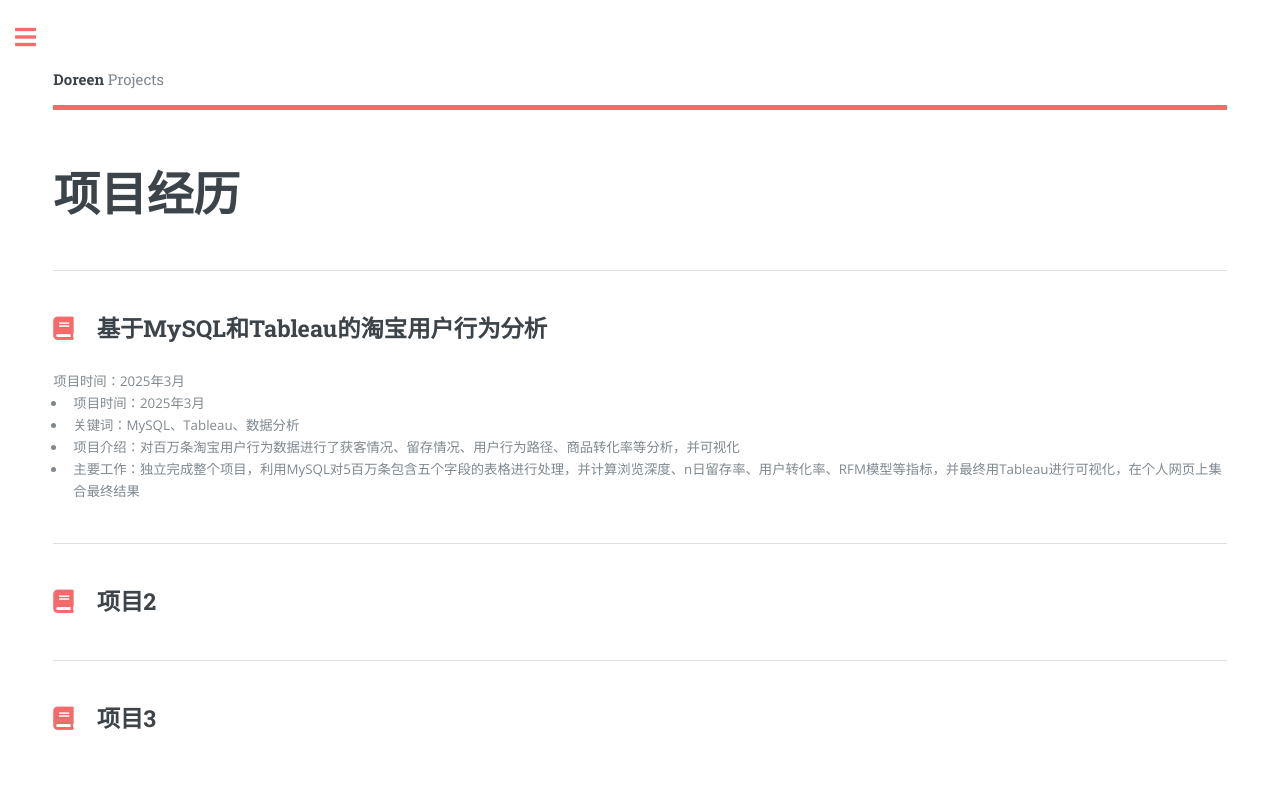
Repository: Hpz3859/Hpz3859.github.io
Page: projects.html
The author's editor kept a copy of each file at every save. The page is drawn from the files as they stood at one save, then again after the next save.
The browser window is 1280 px wide. The pictures show the whole page.

Above is the page before, as saved 2025-03-31 20:59:17.

### projects.html
<!DOCTYPE HTML>
<!--
	Editorial by HTML5 UP
	html5up.net | @ajlkn
	Free for personal and commercial use under the CCA 3.0 license (html5up.net/license)
-->
<html>
	<head>
		<title>Doreen MySQL note</title>
		<meta charset="utf-8" />
		<meta name="viewport" content="width=device-width, initial-scale=1, user-scalable=no" />
		<link rel="stylesheet" href="assets/css/main.css" />
	</head>
	<body class="is-preload">

		<!-- Wrapper -->
			<div id="wrapper">

				<!-- Main -->
					<div id="main">
						<div class="inner">

							<!-- Header -->
								<header id="header">
									<a href="projects.html" class="logo"><strong>Doreen</strong> Projects</a>
									<!--
									<ul class="icons">
										<li><a href="#" class="icon brands fa-twitter"><span class="label">Twitter</span></a></li>
										<li><a href="#" class="icon brands fa-facebook-f"><span class="label">Facebook</span></a></li>
										<li><a href="#" class="icon brands fa-snapchat-ghost"><span class="label">Snapchat</span></a></li>
										<li><a href="#" class="icon brands fa-instagram"><span class="label">Instagram</span></a></li>
										<li><a href="#" class="icon brands fa-medium-m"><span class="label">Medium</span></a></li>
									</ul>
									-->
								</header>

							<!-- Content -->
							<section>
								<header class="main">
									<h1>项目经历</h1>
								</header>
									<!-- Content -->
									<hr class="major" />

									<div class="content">
										<h2>
											<span class="icon solid fa-book" style="color: #f56a6a;"></span>
											&nbsp;&nbsp;
											<a href="#" class="logo">基于MySQL和Tableau的淘宝用户行为分析</a>
										</h2>
										项目时间：2025年3月
										<ul>
											<li>项目时间：2025年3月</li>
											<li>关键词：MySQL、Tableau、数据分析</li>
											<li>项目介绍：对百万条淘宝用户行为数据进行了获客情况、留存情况、用户行为路径、商品转化率等分析，并可视化</li>
											<li>主要工作：独立完成整个项目，利用MySQL对5百万条包含五个字段的表格进行处理，并计算浏览深度、n日留存率、用户转化率、RFM模型等指标，并最终用Tableau进行可视化，在个人网页上集合最终结果</li>
										</ul>

										<div class='tableauPlaceholder' id='viz1743403952021' style='position: relative'><noscript><a href='#'><img alt='淘宝用户行为分析 ' src='https:&#47;&#47;public.tableau.com&#47;static&#47;images&#47;8R&#47;8R4YM3R4Z&#47;1_rss.png' style='border: none' /></a></noscript><object class='tableauViz'  style='display:none;'><param name='host_url' value='https%3A%2F%2Fpublic.tableau.com%2F' /> <param name='embed_code_version' value='3' /> <param name='path' value='shared&#47;8R4YM3R4Z' /> <param name='toolbar' value='yes' /><param name='static_image' value='https:&#47;&#47;public.tableau.com&#47;static&#47;images&#47;8R&#47;8R4YM3R4Z&#47;1.png' /> <param name='animate_transition' value='yes' /><param name='display_static_image' value='yes' /><param name='display_spinner' value='yes' /><param name='display_overlay' value='yes' /><param name='display_count' value='yes' /><param name='language' value='zh-CN' /></object></div>                <script type='text/javascript'>                    var divElement = document.getElementById('viz1743403952021');                    var vizElement = divElement.getElementsByTagName('object')[0];                    if ( divElement.offsetWidth > 800 ) { vizElement.style.width='800px';vizElement.style.height='827px';} else if ( divElement.offsetWidth > 500 ) { vizElement.style.width='800px';vizElement.style.height='827px';} else { vizElement.style.width='100%';vizElement.style.height='3127px';}                     var scriptElement = document.createElement('script');                    scriptElement.src = 'https://public.tableau.com/javascripts/api/viz_v1.js';                    vizElement.parentNode.insertBefore(scriptElement, vizElement);                </script>
									</div>


									<hr class="major" />

									<div class="content">
										<h2>
											<span class="icon solid fa-book" style="color: #f56a6a;"></span>
											&nbsp;&nbsp;
											<a href="#" class="logo">项目2</a>
										</h2>
									</div>

									<hr class="major" />

									<div class="content">
										<h2>
											<span class="icon solid fa-book" style="color: #f56a6a;"></span>
											&nbsp;&nbsp;
											<a href="#" class="logo">项目3</a>
										</h2>
									</div>


							</section>

						</div>
					</div>

				<!-- Sidebar -->
					<div id="sidebar">
						<div class="inner">

							<!-- Search -->
								<section id="search" class="alt">
									<form method="post" action="#">
										<input type="text" name="query" id="query" placeholder="Search" />
									</form>
								</section>

							<!-- Menu -->
								<nav id="menu">
									<header class="major">
										<h2>目录</h2>
									</header>
									<ul>
										<li><a href="./index.html">主页</a></li>
										<li>
											<span class="opener">文章</span>
											<ul>
												<li><a href="experience.html">过往经历</a></li>
												<li><a href="#">数据挖掘</a></li>
												<li><a href="#">量化与投资</a></li>
												<li><a href="moments.html">随笔</a></li>
											</ul>
										</li>
										<li>
											<span class="opener">视频</span>
											<ul>
												<li><a href="#">待更新</a></li>
												<li><a href="#">待更新</a></li>
											</ul>
										</li>

									</ul>
								</nav>



							<!-- Footer -->
							 <!--
								<footer id="footer">
									<p class="copyright">&copy; Untitled. All rights reserved. Demo Images: <a href="https://unsplash.com">Unsplash</a>. Design: <a href="https://html5up.net">HTML5 UP</a>.</p>
								</footer>
							-->

						</div>
					</div>

			</div>

		<!-- Scripts -->
			<script src="assets/js/jquery.min.js"></script>
			<script src="assets/js/browser.min.js"></script>
			<script src="assets/js/breakpoints.min.js"></script>
			<script src="assets/js/util.js"></script>
			<script src="assets/js/main.js"></script>

	</body>
</html>

Loaded but not shown: assets/js/jquery.min.js (library); assets/js/browser.min.js (common file); assets/js/breakpoints.min.js (common file); assets/css/fontawesome-all.min.css (library); assets/js/util.js (587 lines, source omitted); assets/js/main.js (262 lines, source omitted); assets/css/main.css (2283 lines, source omitted)

After the next save:
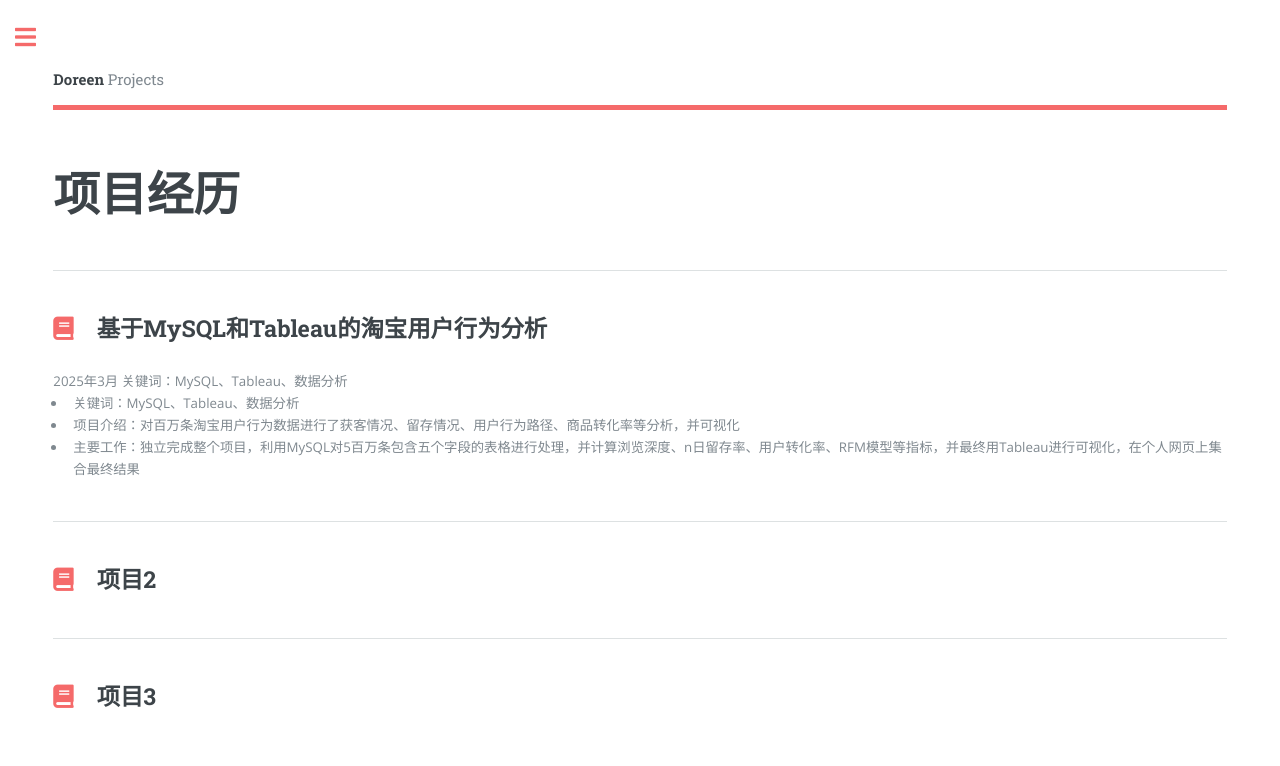
Saved 24 s later.
--- a/projects.html
+++ b/projects.html
@@ -48,9 +48,9 @@
 											&nbsp;&nbsp;
 											<a href="#" class="logo">基于MySQL和Tableau的淘宝用户行为分析</a>
 										</h2>
-										项目时间：2025年3月
+										2025年3月
+										关键词：MySQL、Tableau、数据分析
 										<ul>
-											<li>项目时间：2025年3月</li>
 											<li>关键词：MySQL、Tableau、数据分析</li>
 											<li>项目介绍：对百万条淘宝用户行为数据进行了获客情况、留存情况、用户行为路径、商品转化率等分析，并可视化</li>
 											<li>主要工作：独立完成整个项目，利用MySQL对5百万条包含五个字段的表格进行处理，并计算浏览深度、n日留存率、用户转化率、RFM模型等指标，并最终用Tableau进行可视化，在个人网页上集合最终结果</li>
